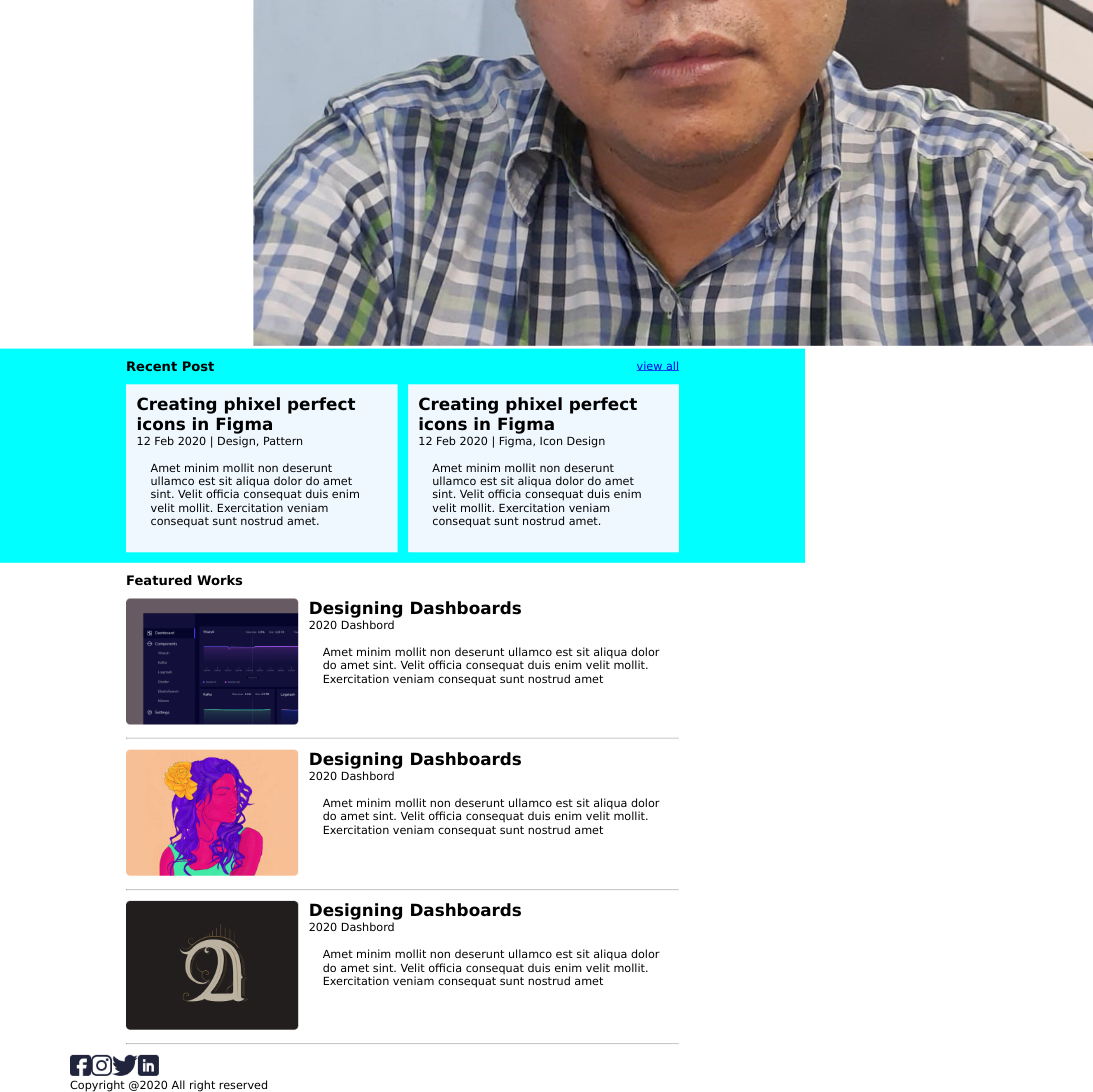
Repository: jafetdn73/portofolio
Page: index.html
These files come from the project's save history. The page is drawn as it stood at one moment and after the next save; the edit follows.
The browser window is 1280 px wide. The page is 1562 px wide, so the pictures cover 1562 px, including what lies to the right of the window. The pictures show the part of the page from y = 900 to 2460 px (the page is 2460 px tall), at 70% of full size.

Above is the page before, as saved 2022-02-23 11:44:21.

After the next save:
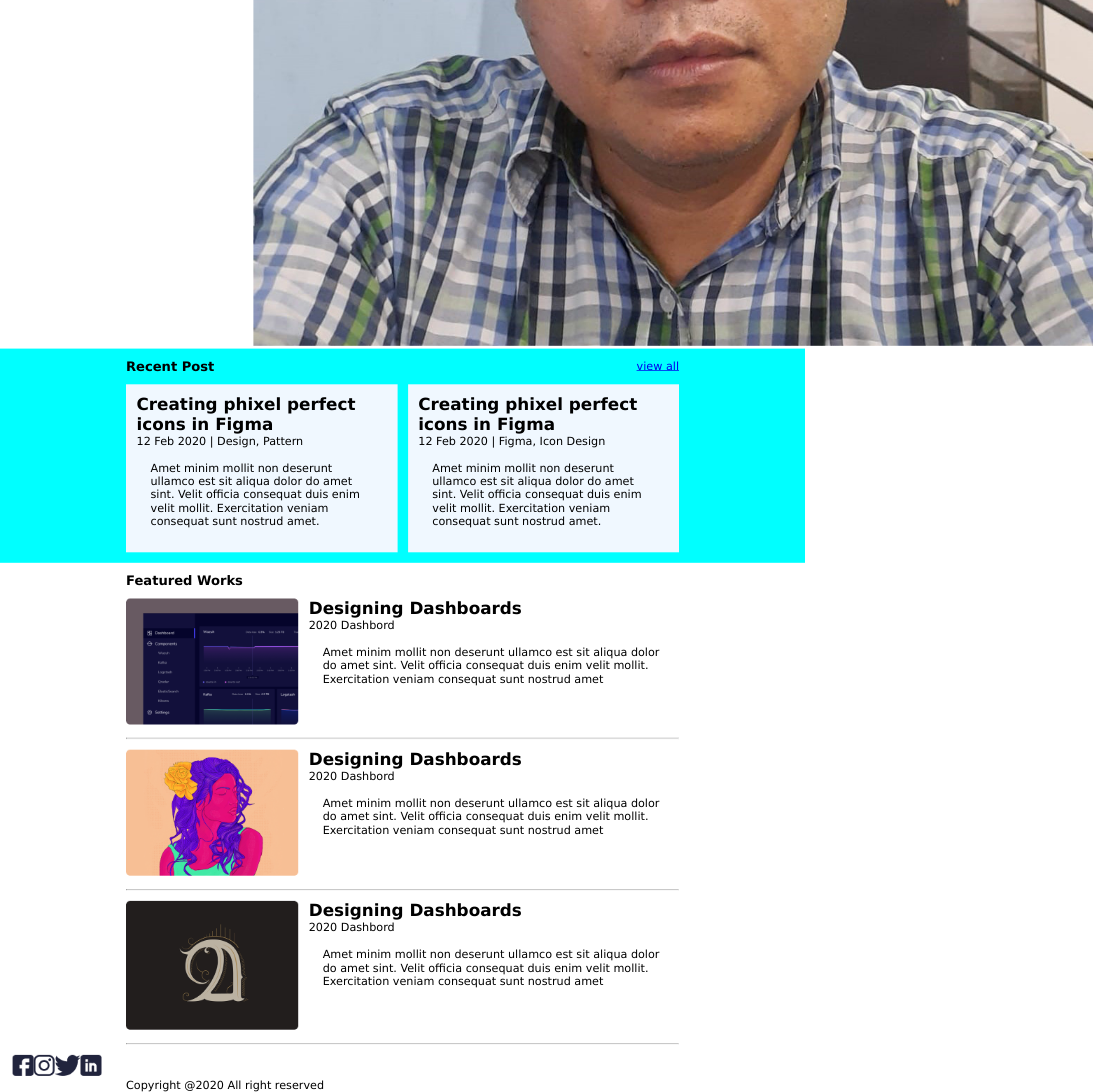
Saved 22 s later.
--- a/figma.css
+++ b/figma.css
@@ -93,9 +93,9 @@
 
 
 .social-media{
-    margin-left: 100px;
+    margin-left: 18px;
 }
 
 .copyright {
-    margin-left: 100px;
+    margin-left: 180px;
 }
